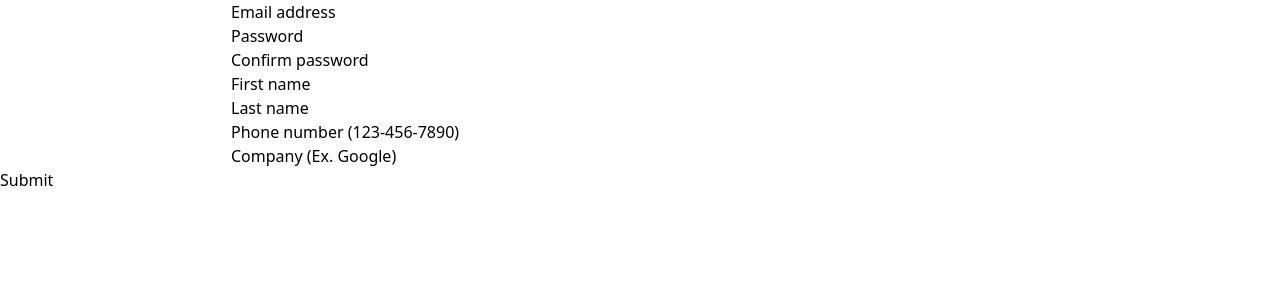
Repository: AbdalrahmanEldeep/FIBOTIC
Page: /
The author's editor kept a copy of each file at every save. The page is drawn from the files as they stood at one save, then again after the next save.
The browser window is 1280 px wide. The pictures show the whole page.
The project was rebuilt for these pictures with package versions that can differ from the ones it lists, and the page was loaded fresh each time. Also part of the build but not shown: vite.config.js, src/pages/protecter.jsx, src/pages/exame.jsx.

Above is the page before, as saved 2023-01-06 22:21:49.

After the next save:
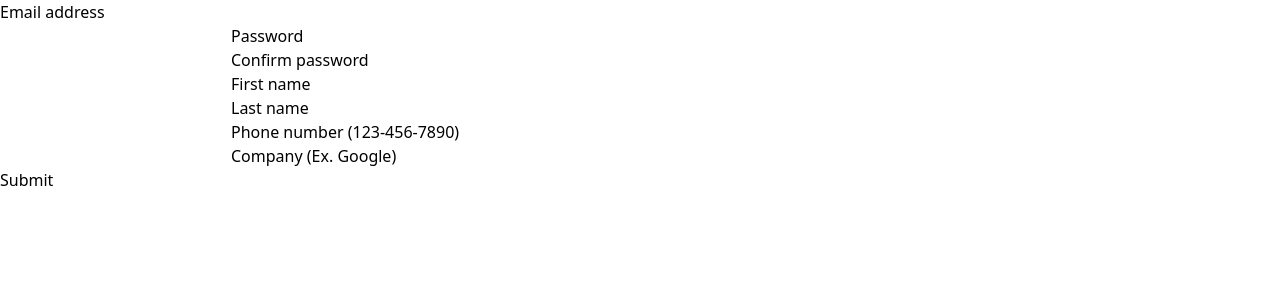
Saved 14 s later.
--- a/src/components/Form.jsx
+++ b/src/components/Form.jsx
@@ -5,8 +5,8 @@
 
 <form className='w-64'>
   <div className="relative z-0 w-full mb-6 group">
+      <label htmlFor="floating_email" className="peer-focus:font-medium absolute text-sm text-gray-500 dark:text-gray-400 duration-300 transform -translate-y-6 scale-75 top-3 -z-10 origin-[0] peer-focus:left-0 peer-focus:text-blue-600 peer-focus:dark:text-blue-500 peer-placeholder-shown:scale-100 peer-placeholder-shown:translate-y-0 peer-focus:scale-75 peer-focus:-translate-y-6">Email address</label>
       <input type="email" name="floating_email" id="floating_email" className="block py-2.5 px-0 w-full text-sm text-gray-900 bg-transparent border-0 border-b-2 border-gray-300 appearance-none dark:text-white dark:border-gray-600 dark:focus:border-blue-500 focus:outline-none focus:ring-0 focus:border-blue-600 peer" placeholder=" " required />
-      <label htmlFor="floating_email" className="peer-focus:font-medium absolute text-sm text-gray-500 dark:text-gray-400 duration-300 transform -translate-y-6 scale-75 top-3 -z-10 origin-[0] peer-focus:left-0 peer-focus:text-blue-600 peer-focus:dark:text-blue-500 peer-placeholder-shown:scale-100 peer-placeholder-shown:translate-y-0 peer-focus:scale-75 peer-focus:-translate-y-6">Email address</label>
   </div>
   <div className="relative z-0 w-full mb-6 group">
       <input type="password" name="floating_password" id="floating_password" className="block py-2.5 px-0 w-full text-sm text-gray-900 bg-transparent border-0 border-b-2 border-gray-300 appearance-none dark:text-white dark:border-gray-600 dark:focus:border-blue-500 focus:outline-none focus:ring-0 focus:border-blue-600 peer" placeholder=" " required />

After the save that followed:
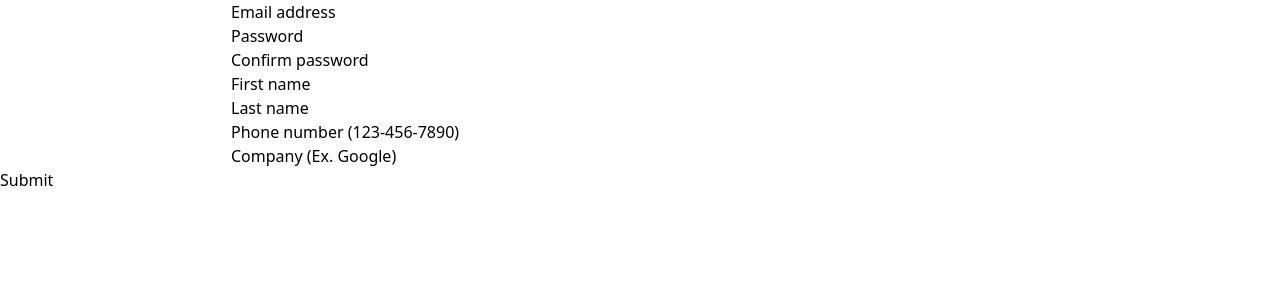
Saved 8 s later.
--- a/src/components/Form.jsx
+++ b/src/components/Form.jsx
@@ -5,8 +5,8 @@
 
 <form className='w-64'>
   <div className="relative z-0 w-full mb-6 group">
+      <input type="email" name="floating_email" id="floating_email" className="block py-2.5 px-0 w-full text-sm text-gray-900 bg-transparent border-0 border-b-2 border-gray-300 appearance-none dark:text-white dark:border-gray-600 dark:focus:border-blue-500 focus:outline-none focus:ring-0 focus:border-blue-600 peer" placeholder=" " required />
       <label htmlFor="floating_email" className="peer-focus:font-medium absolute text-sm text-gray-500 dark:text-gray-400 duration-300 transform -translate-y-6 scale-75 top-3 -z-10 origin-[0] peer-focus:left-0 peer-focus:text-blue-600 peer-focus:dark:text-blue-500 peer-placeholder-shown:scale-100 peer-placeholder-shown:translate-y-0 peer-focus:scale-75 peer-focus:-translate-y-6">Email address</label>
-      <input type="email" name="floating_email" id="floating_email" className="block py-2.5 px-0 w-full text-sm text-gray-900 bg-transparent border-0 border-b-2 border-gray-300 appearance-none dark:text-white dark:border-gray-600 dark:focus:border-blue-500 focus:outline-none focus:ring-0 focus:border-blue-600 peer" placeholder=" " required />
   </div>
   <div className="relative z-0 w-full mb-6 group">
       <input type="password" name="floating_password" id="floating_password" className="block py-2.5 px-0 w-full text-sm text-gray-900 bg-transparent border-0 border-b-2 border-gray-300 appearance-none dark:text-white dark:border-gray-600 dark:focus:border-blue-500 focus:outline-none focus:ring-0 focus:border-blue-600 peer" placeholder=" " required />
